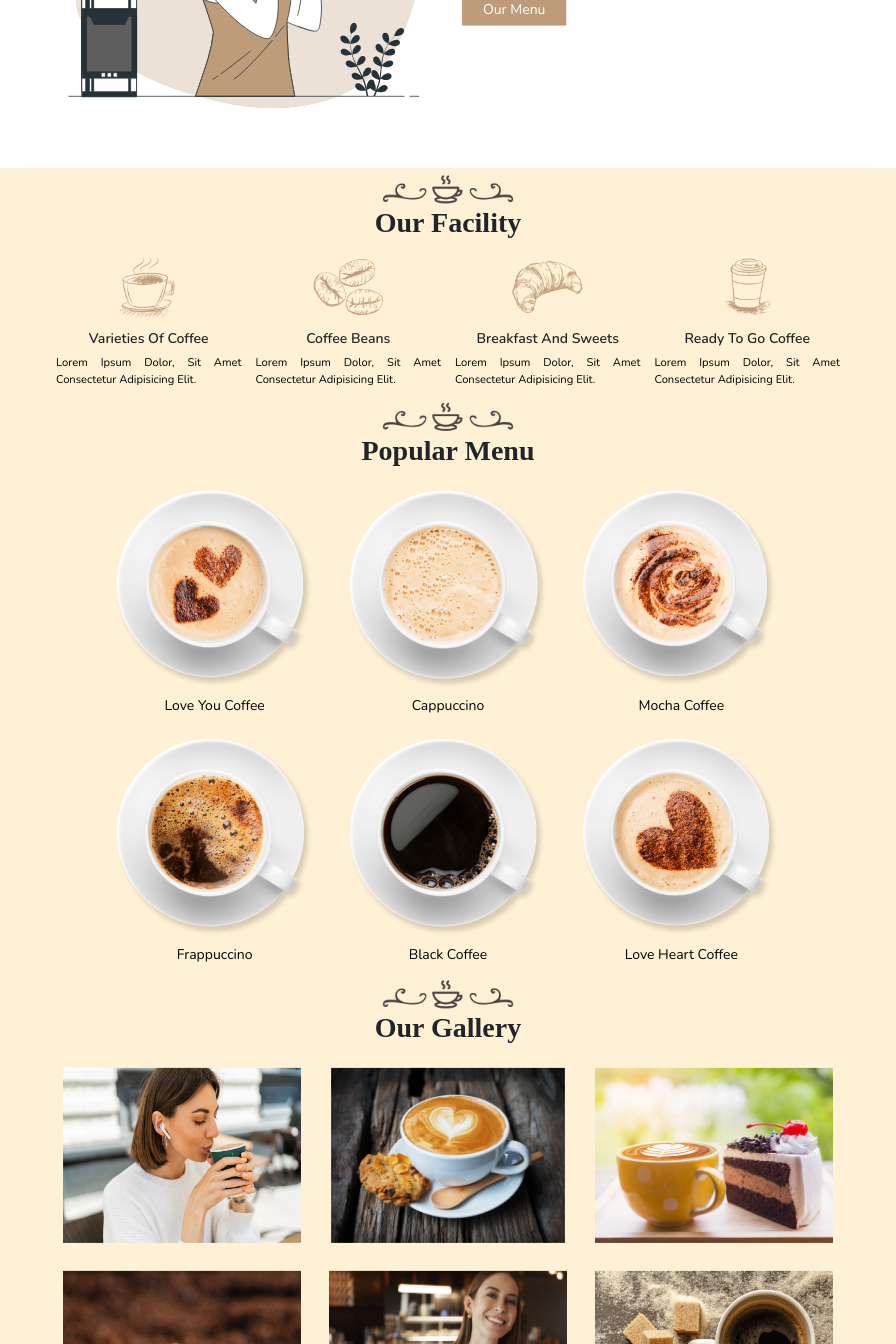
Repository: Ragavan728/coffee_full
Page: index.html
The author's editor kept a copy of each file at every save. The page is drawn from the files as they stood at one save, then again after a run of saves.
The browser window is 1280 px wide. The pictures show the part of the page from y = 1112 to 3032 px (the page is 5087 px tall before and 5147 px after), at 70% of full size.
Some web fonts or font styles are not loaded; a fallback is used.

Above is the page before, as saved 2025-02-10 16:07:13.

After the next 2 saves:
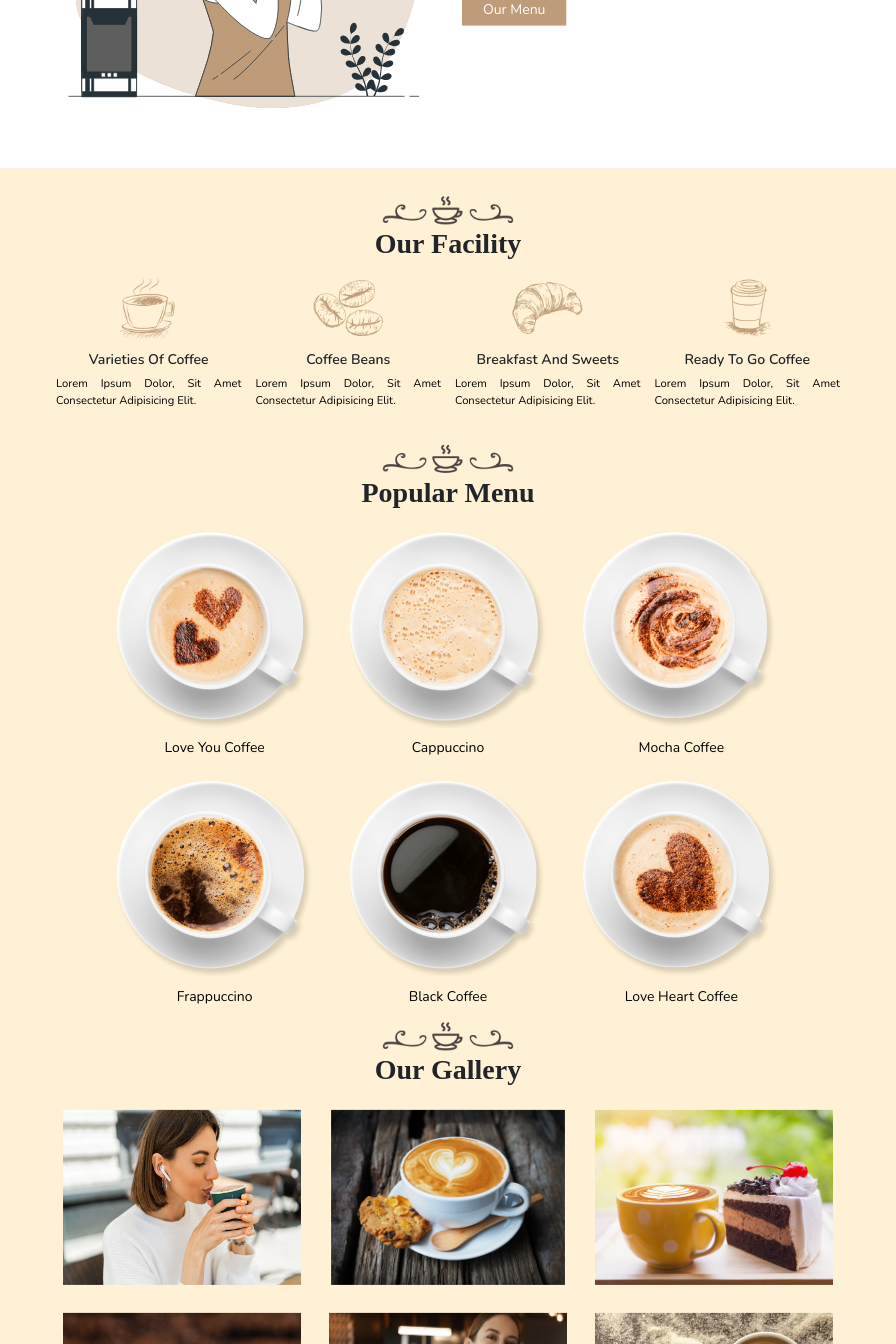
The 2 saves are shown as one change because they came seconds apart.
The last was saved 33 s later.
--- a/index.html
+++ b/index.html
@@ -72,7 +72,7 @@
                 </div>
             </div>
         </section>
-        <section class="ourFacility"> <!-- component -->
+        <section class="ourFacility componentSpacing"> <!-- component -->
             <div class="ourFacilityContainer"> <!-- componentContainer -->
                 <div class="headingBody"> <!-- row 1 -->
                     <div class="headingBlock"> <!-- column 1 -->
